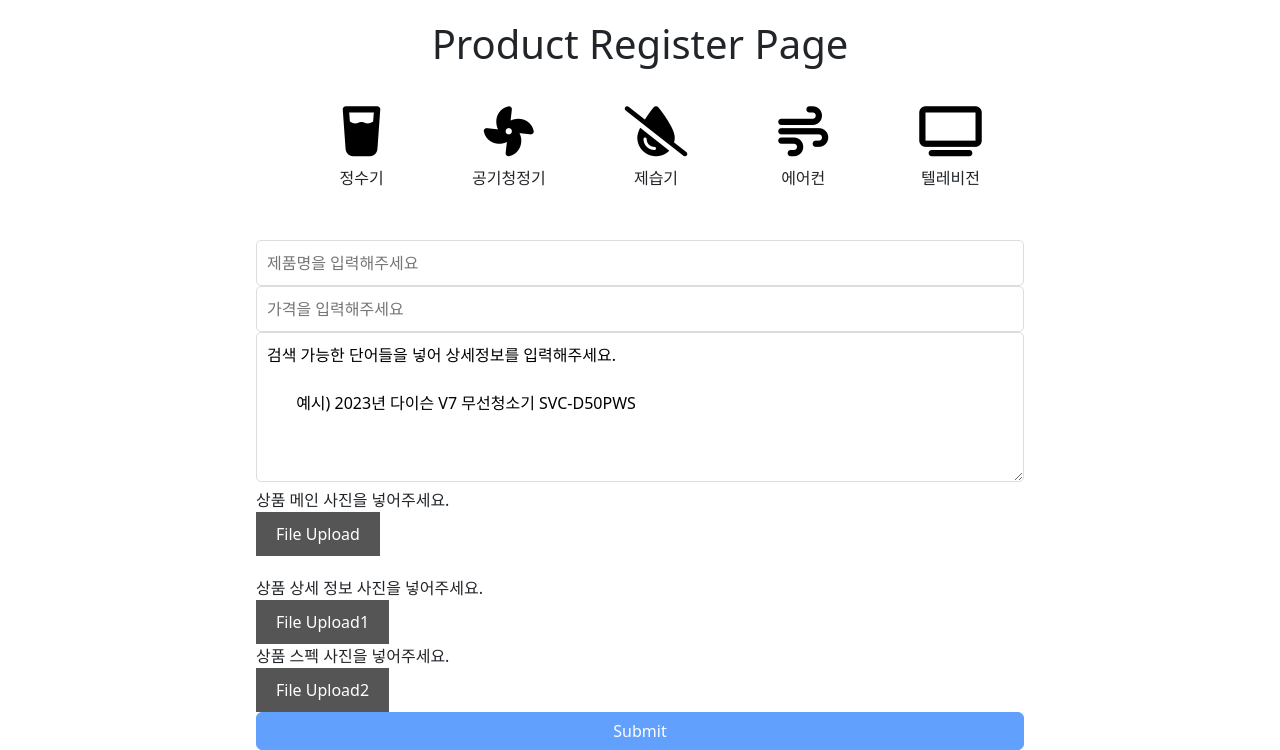
Repository: bbqju13/52si
Page: http://localhost/spring/WEB-INF/views/product/register.jsp
These files come from the project's save history. The page is drawn as it stood at one moment and after the next save; the edit follows.
The browser window is 1280 px wide. The pictures show the whole page.
Some web libraries are served in a nearby version. The page is served by Tomcat 9. Nobody is signed in. The template is opened directly, without the code that normally fills it, so the values that code supplies are empty.

Above is the page before, as saved 2023-07-28 04:19:10.

After the next save:
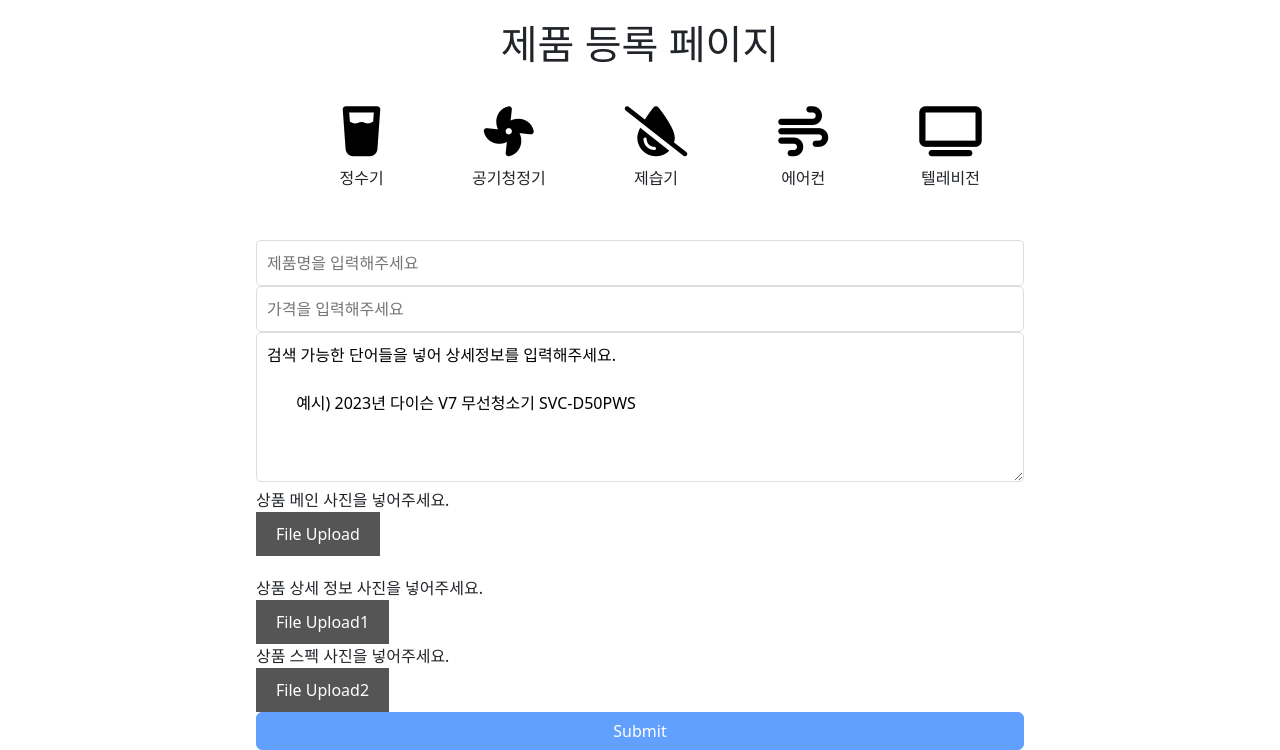
Saved 55 s later.
--- a/spring/src/main/webapp/WEB-INF/views/product/register.jsp
+++ b/spring/src/main/webapp/WEB-INF/views/product/register.jsp
@@ -12,7 +12,7 @@
 <script src="https://cdn.jsdelivr.net/npm/bootstrap@5.3.1/dist/js/bootstrap.bundle.min.js" integrity="sha384-HwwvtgBNo3bZJJLYd8oVXjrBZt8cqVSpeBNS5n7C8IVInixGAoxmnlMuBnhbgrkm" crossorigin="anonymous"></script>
 </head>
 <body>
-	<h1>Product Register Page</h1>
+	<h1>제품 등록 페이지</h1>
 	 <form action="/product/register" method="post" id="registerForm" class="was-validated" enctype="multipart/form-data">
         <div id="productDiv">
             <ul>
